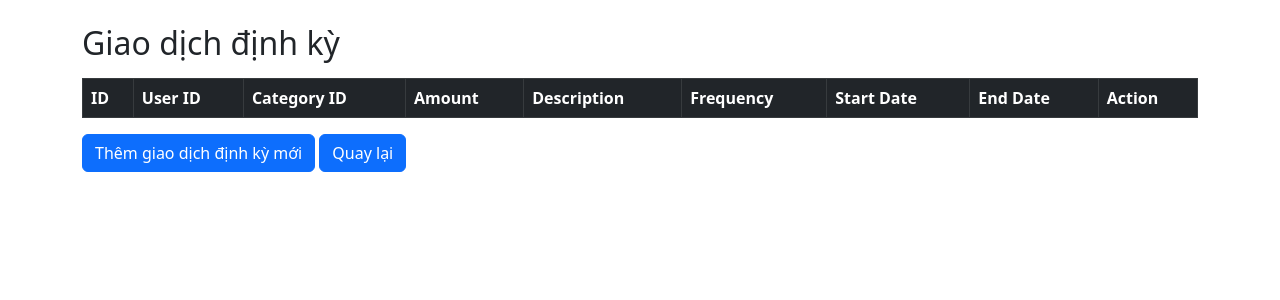
Repository: PhanVanHoa051204/Project3
Page: http://localhost/Project3/GDDinhKy/recurringtransactions.jsp
The author's editor kept a copy of each file at every save. The page is drawn from the files as they stood at one save, then again after the next save.
The browser window is 1280 px wide. The pictures show the whole page.
The page is served by Tomcat 9. Other server files are loaded and not shown. Queries for data that is not in the repository find no rows.

Above is the page before, as saved 2025-03-14 14:28:04.

### PhanVanHoa_2210900023_K22CNT1/Project3/src/main/webapp/GDDinhKy/recurringtransactions.jsp
<%@ page import="java.util.List, com.financemanager.model.RecurringTransaction, com.financemanager.dao.RecurringTransactionDAO" %>
<%@ page contentType="text/html;charset=UTF-8" language="java" %>
<html>
<head>
    <title>Quản lý giao dịch định kỳ</title>
    <link rel="stylesheet" href="https://cdn.jsdelivr.net/npm/bootstrap@5.3.0/dist/css/bootstrap.min.css">
</head>
<body class="container">
    <h2 class="mt-4">Giao dịch định kỳ</h2>

    <table class="table table-bordered mt-3">
        <thead class="table-dark">
            <tr>
                <th>ID</th>
                <th>User ID</th>
                <th>Category ID</th>
                <th>Amount</th>
                <th>Description</th>
                <th>Frequency</th>
                <th>Start Date</th>
                <th>End Date</th>
                <th>Action</th>
            </tr>
        </thead>
        <tbody>
            <%
                RecurringTransactionDAO recurringTransactionDAO = new RecurringTransactionDAO();
                List<RecurringTransaction> recurringTransactions = recurringTransactionDAO.getAllRecurringTransactions();
                for (RecurringTransaction rt : recurringTransactions) {
            %>
            <tr>
                <td><%= rt.getRecurringTransactionId() %></td>
                <td><%= rt.getUserId() %></td>
                <td><%= rt.getCategoryId() %></td>
                <td><%= rt.getAmount() %></td>
                <td><%= rt.getDescription() %></td>
                <td><%= rt.getFrequency() %></td>
                <td><%= rt.getStartDate() %></td>
                <td><%= rt.getEndDate() %></td>
                <td>
                    <a href="updateRecurringTransaction.jsp?recurring_transaction_id=<%= rt.getRecurringTransactionId() %>" class="btn btn-warning btn-sm">Sửa</a>
                    <a
					href="${pageContext.request.contextPath }/recurringtransactions?action=delete&recurring_transaction_id=<%= rt.getRecurringTransactionId() %>"
					class="btn btn-danger btn-sm"
					onclick="return confirm ('Ban muon xoa chu');">Xoá</a>

                </td>
            </tr>
            <% } %>
        </tbody>
    </table>

    <a href="addRecurringTransaction.jsp" class="btn btn-primary">Thêm giao dịch định kỳ mới</a>
    <a href="${pageContext.request.contextPath}/dashboard.jsp"
		class="btn btn-primary">Quay lại</a>
</body>
</html>

After the next save:
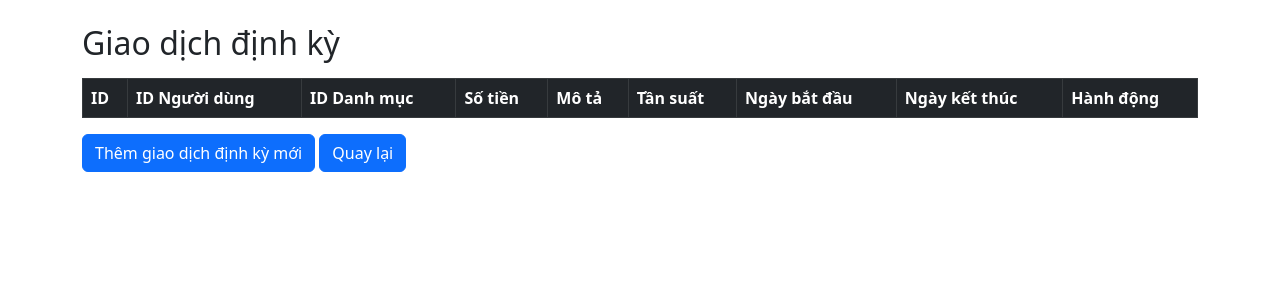
Saved 7 min 49 s later.
--- a/PhanVanHoa_2210900023_K22CNT1/Project3/src/main/webapp/GDDinhKy/recurringtransactions.jsp
+++ b/PhanVanHoa_2210900023_K22CNT1/Project3/src/main/webapp/GDDinhKy/recurringtransactions.jsp
@@ -12,14 +12,15 @@
         <thead class="table-dark">
             <tr>
                 <th>ID</th>
-                <th>User ID</th>
-                <th>Category ID</th>
-                <th>Amount</th>
-                <th>Description</th>
-                <th>Frequency</th>
-                <th>Start Date</th>
-                <th>End Date</th>
-                <th>Action</th>
+				<th>ID Người dùng</th>
+				<th>ID Danh mục</th>
+				<th>Số tiền</th>
+				<th>Mô tả</th>
+				<th>Tần suất</th>
+				<th>Ngày bắt đầu</th>
+				<th>Ngày kết thúc</th>
+				<th>Hành động</th>
+
             </tr>
         </thead>
         <tbody>
